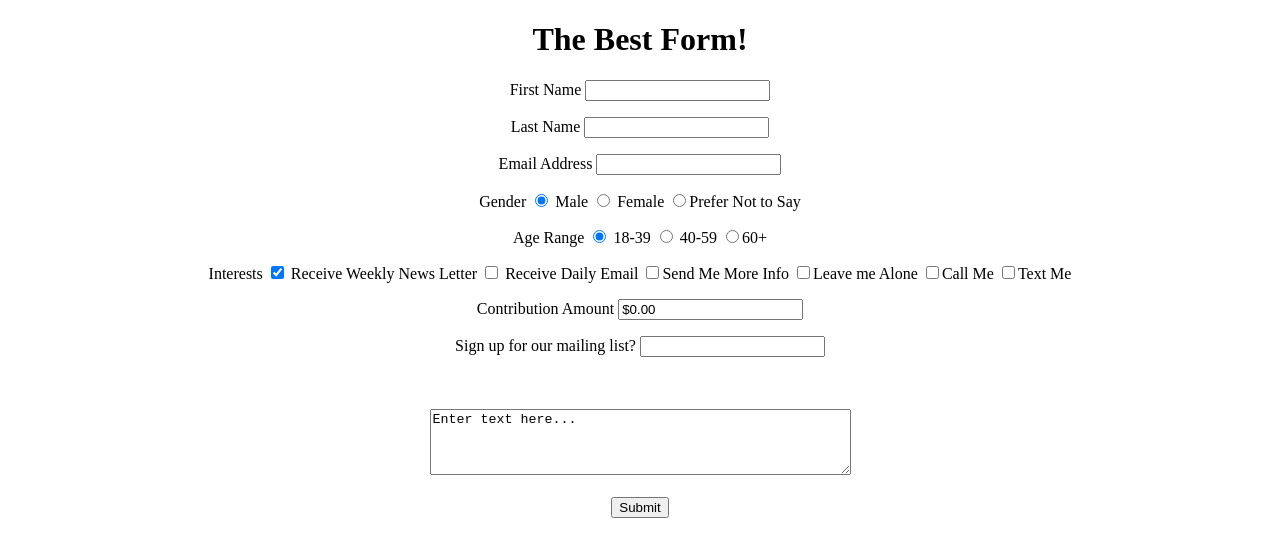
Repository: jedeyejed00/TheGameShaq
Page: HomeWork2/contact.html
The author's editor kept a record of every edit. The page is drawn from the files as they stood at one moment, then again after the next edit.
The browser window is 1280 px wide. The pictures show the whole page.

Above is the page before.

After the next edit:
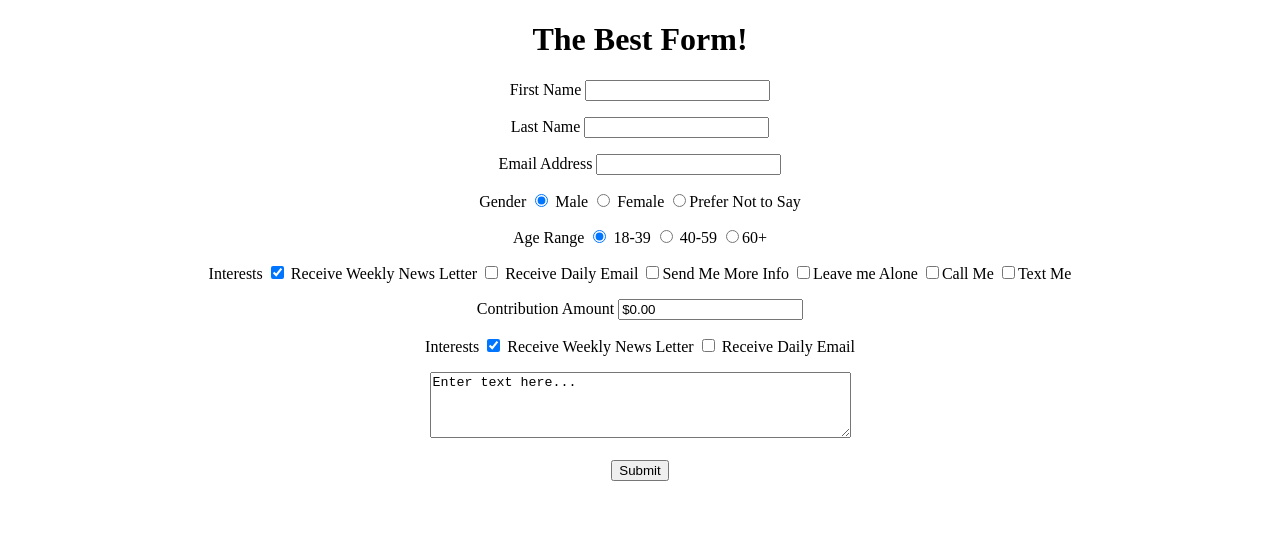
The edit:
--- a/HomeWork2/contact.html
+++ b/HomeWork2/contact.html
@@ -47,9 +47,10 @@
                  <p> <label for ="Contribution Amount">Contribution Amount</label>
                     <input type ="Text id="ContributionAmount" name = "ContributionAmount" Value ="$0.00"> </p>
 
-                   <p> <label for ="MailingList">Sign up for our mailing list?</label>
-                    <input type ="Text id="MailingList" name = "MailingList"></p>
-                  <br><br>
+                   <p>Interests <input type="checkbox" name="vehicle1" value="Letter" checked> Receive Weekly News Letter
+                       <input type="checkbox" name="vehicle2" value="Email"> Receive Daily Email
+                   </p>
+
 
                   <textarea rows="4" cols="50" name="comments" form="usrform">
 Enter text here...</textarea>
